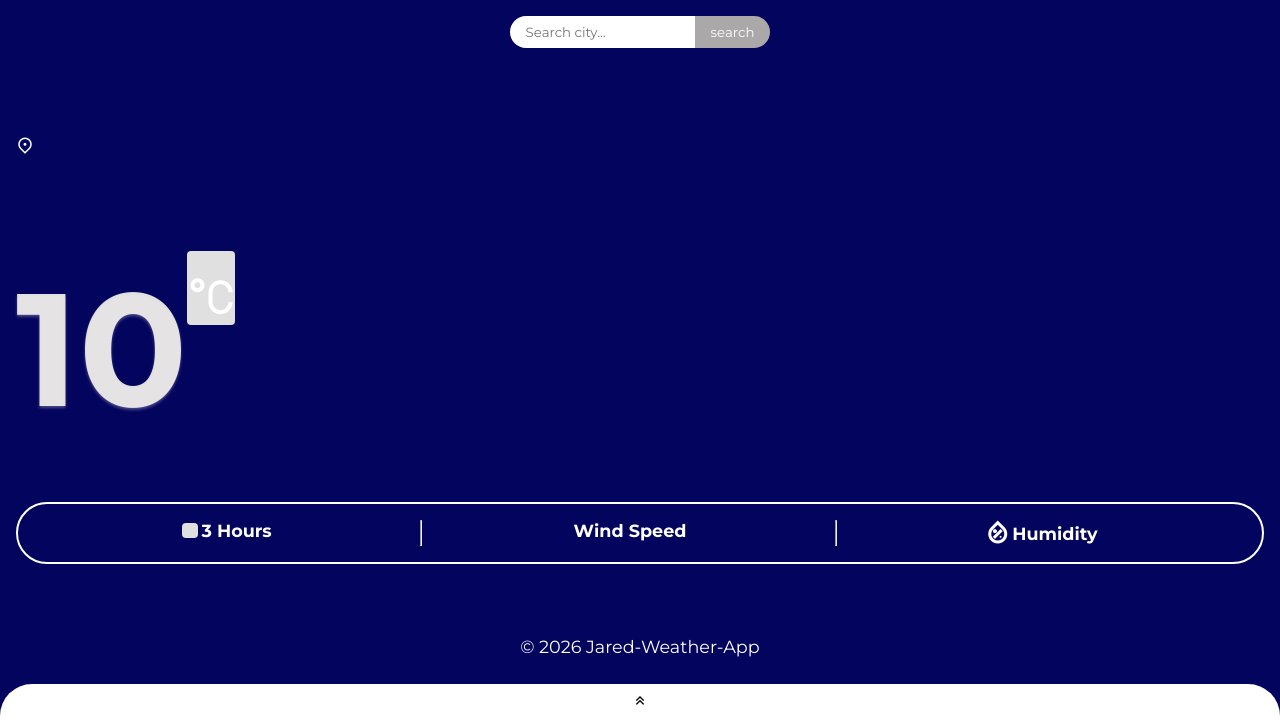
Repository: EguJaredoBoyd/Jared-Weather-App
Page: main.html
These files come from the project's save history. The page is drawn as it stood at one moment and after the next save; the edit follows.
The browser window is 1280 px wide. The pictures show the whole page.
Some icons come from a web library that is not loaded, so they are not drawn. Some web libraries are served in a nearby version.

Above is the page before, as saved 2026-02-12 05:17:22.

### main.html
<!doctype html>
<html lang="en">
  <head>
    <meta charset="UTF-8" />
    <meta name="viewport" content="width=device-width, initial-scale=1.0" />
    <link rel="preconnect" href="https://fonts.googleapis.com" />
    <link rel="preconnect" href="https://fonts.gstatic.com" crossorigin />
    <link
      href="https://fonts.googleapis.com/css2?family=Montserrat:ital,wght@0,100..900;1,100..900&display=swap"
      rel="stylesheet"
    />
    <link
      href="https://cdn.jsdelivr.net/npm/remixicon@4.8.0/fonts/remixicon.css"
      rel="stylesheet"
    />
    <link rel="stylesheet" href="./css/styles.css" />
    <link rel="stylesheet" href="./css/skeleton-loading.css" />
    <script src="./js/main.js" defer></script>
    <script src="./js/weather.js" defer></script>
    <title>Jared-Weather-App</title>
  </head>
  <body class="weather-app">
    <div class="weather-app__container">
      <header>
        <div class="search-place">
          <input
            type="text"
            placeholder="Search city..."
            aria-label="Search city"
            id="search-input"
          />
          <button id="search-button">search</button>
        </div>
      </header>
      <main>
        <section class="current-weather">
          <div class="place-searched">
            <i class="ri-map-pin-2-line"></i>
            <div class="place-name">
              <h3 class="city-name skeleton skeleton-text"></h3>
              <h3 id="country-name" class="skeleton skeleton-text"></h3>
            </div>
          </div>
          <div class="date-today">
            <time
              datetime="2026-01-20"
              id="date-time"
              class="skeleton skeleton-text"
            ></time>
            <time
              datetime="10:45"
              id="current-time"
              class="skeleton skeleton-text"
            ></time>
          </div>
          <div class="place-temperature">
            <span
              class="place-temperature__measure skeleton skeleton-text"
              id="temp-measure"
              >10</span
            >
            <span class="place-temperature__degree skeleton" id="place-degree"
              ><i class="ri-celsius-line"></i
            ></span>
          </div>
          <div class="place-forecast">
            <article class="forecast-item forecast-item--weather">
              <div>
                <img
                  src=""
                  alt=""
                  id="weather-icon"
                  class="skeleton skeleton-text"
                />
                <span>3 Hours</span>
              </div>
              <span
                id="weather-description"
                class="skeleton skeleton-text"
              ></span>
            </article>
            <hr />

            <article class="forecast-item forecast-item--wind">
              <div>
                <span><i class="ri-arrow-right-up-long-line"></i></span>
                <span>Wind Speed</span>
              </div>
              <span id="wind-speed" class="skeleton skeleton-text"></span>
            </article>
            <hr />

            <article class="forecast-item forecast-item--uv">
              <div>
                <span><i class="ri-water-percent-line"></i></span>
                <span>Humidity</span>
              </div>
              <span id="humidity" class="skeleton skeleton-text"></span>
            </article>
          </div>
        </section>
        <section class="swipe-section" aria-hidden="true" id="swipe-section">
          <!-- Slide for the hourly and daily forecast -->
          <button class="sheet-handle" id="sheet-handle" aria-expanded="false">
            <i class="ri-arrow-up-double-line" id="icon-handle"></i>
          </button>

          <div class="swipe-forecast">
            <!-- Pressure Forecast -->
            <article class="sheet-card pressure-forecast">
              <div class="weather-header">
                <span>Pressure</span>
                <span><i class="ri-sun-cloudy-line"></i></span>
              </div>
              <span id="weather-pressure" class="sheet-card__content">-</span>
            </article>

            <!-- Visibility and fog Forecast -->
            <article class="sheet-card visibility-forecast">
              <div class="weather-header">
                <span>Visibility</span>
                <span><i class="ri-foggy-fill"></i></span>
              </div>
              <span id="weather-visibility" class="sheet-card__content">-</span>
            </article>

            <!-- Maximum Temperature -->
            <article class="sheet-card maximum-temperature">
              <div class="weather-header">
                <span>Temperature Max</span>
                <span><i class="ri-sun-line"></i></span>
              </div>
              <div class="sheet-card__content">
                <span id="weather-temp-max">-</span>
                <span><i class="ri-celsius-line"></i></span>
              </div>
            </article>

            <!-- Minimum Temperature-->
            <article class="sheet-card minimum-temperature">
              <div class="weather-header">
                <span>Temperature Min</span>
                <span><i class="ri-cloudy-line"></i></span>
              </div>
              <div class="sheet-card__content">
                <span id="weather-temp-min">-</span>
                <span><i class="ri-celsius-line"></i></span>
              </div>
            </article>
          </div>
        </section>
      </main>
      <footer>
        <div><p>&copy; 2026 Jared-Weather-App</p></div>
      </footer>
    </div>
  </body>
</html>

### css/styles.css
/* ==== CSS RESET ==== */
*,
*::before,
*::after {
  margin: 0;
  padding: 0;
  box-sizing: border-box;
  /* outline: 1px solid red; */
}

:root {
  --background-color: #03045e;
  --text-color: white;
  --font: "Montserrat", sans-serif;
}

html {
  font-size: 16px;
  height: 100%;
}

body {
  background-color: var(--background-color);
  color: var(--text-color);
  height: 100%;
  font-family: var(--font);
}

p {
  font-size: clamp(0.5rem, 2.5vw, 1.1rem);
}

.weather-app__container {
  display: flex;
  flex-direction: column;
  min-height: 100dvh;
}

.search-place {
  display: flex;
  justify-content: center;
  padding: 1rem;
}

.search-place input {
  padding: 0.5rem 1rem;
  border: none;
  border-bottom-left-radius: 1rem;
  border-top-left-radius: 1rem;
  font-family: var(--font);
  outline: none;
}

.search-place button {
  border: none;
  border-top-right-radius: 1rem;
  border-bottom-right-radius: 1rem;
  padding: 0.5rem 1rem;
  font-family: var(--font);
  margin-left: -1rem;
  background: rgb(170, 168, 168);
  color: var(--text-color);
}

main {
  display: flex;
  flex-direction: column;
  padding: 1rem;
}

.current-weather {
  display: flex;
  flex-direction: column;
  justify-content: space-evenly;
  min-height: 75dvh;
}

.place-searched {
  display: flex;
  align-items: center;
  column-gap: 0.2rem;
  font-size: large;
}

.place-name {
  display: flex;
  align-items: center;
  column-gap: 0.2rem;
}

.city-name,
#country-name {
  font-size: clamp(0.5rem, 6vw, 1.5rem);
}

.date-today {
  font-size: clamp(0.5rem, 3vw, 0.8rem);
}

.place-temperature {
  display: flex;
  align-items: center;
  position: relative;
  margin-top: -1rem;
}

.place-temperature__measure {
  font-size: clamp(5rem, 38vw, 10rem);
  font-weight: 700;
  background: linear-gradient(to bottom, white, var(--background-color));
  -webkit-background-clip: text;
  background-clip: text;
  -webkit-text-fill-color: transparent;
  text-shadow: 0 2px 3px rgba(243, 235, 235, 0.3);
}

.place-temperature__degree {
  font-size: clamp(1.5rem, 20vw, 3rem);
  align-self: flex-start;
  padding-top: 1rem;
  font-size: clamp(1rem, 10vw, 3rem);
}

.place-forecast {
  display: flex;
  justify-content: space-evenly;
  border: 2px solid white;
  border-radius: 2rem;
  padding: 1rem;
}

.forecast-item div {
  display: flex;
  align-items: center;
  justify-self: start;
  column-gap: 0.2rem;
  font-size: clamp(0.5rem, 2vw, 1.1rem);
  font-weight: 700;
}

.forecast-item span {
  font-size: clamp(0.5rem, 2.5vw, 1.1rem);
}

.forecast-item div span i {
  font-size: clamp(0.25rem, 2.5vw, 1.5rem);
}

.forecast-item--weather div img {
  width: clamp(0.5rem, 2vw, 1rem);
  height: clamp(0.5rem, 2vh, 1rem);
}

/* Swipe section styles */

.swipe-section {
  position: fixed;
  min-height: 100dvh;
  top: 95%;
  right: 0;
  left: 0;
  transition: transform 2s ease;
  background-color: var(--text-color);
  color: var(--background-color);
  border-radius: 2rem;
}

.swipe-section.is-open {
  transform: translateY(-30%);
}

.no-scroll {
  overflow: hidden;
}

.swipe-section button {
  margin: 0.5rem auto;
  display: flex;
  justify-self: center;
  background: none;
  border: none;
}

.swipe-section button i {
  font-size: 1rem;
}

.swipe-forecast {
  display: grid;
  grid-template-columns: repeat(2, 1fr);
  justify-items: center;
}

.sheet-card {
  font-size: clamp(0.5rem, 2.5vw, 1.1rem);
  padding: 1rem;
  display: flex;
  flex-direction: column;
}

.sheet-card__content {
  align-self: center;
}

.weather-header {
  font-weight: 700;
  margin-bottom: 1rem;
}

footer div p {
  text-align: center;
}

### css/skeleton-loading.css
/* SKELETON LOADING STYLES */
.skeleton {
  background-image: linear-gradient(
    90deg,
    #e0e0e0 25%,
    #f5f5f5 37%,
    #e0e0e0 63%
  );
  border-radius: 4px;
  background-size: 200% 100%;
  animation: shimmer 1.4s ease infinite;
}

.skeleton-text {
}

@keyframes shimmer {
  0% {
    background-position: 100% 0;
  }
  100% {
    background-position: -100% 0;
  }
}

### js/main.js
//Target all the buttons necessary
const swipeSection = document.getElementById("swipe-section");
const sheetHandle = document.getElementById("sheet-handle");
const iconHandle = document.getElementById("icon-handle");

//Create a function to handle swipe
function handleSwipe() {
  sheetHandle.addEventListener("click", () => {
    const isOpen = swipeSection.classList.toggle("is-open");

    //Add accessibilty and optimization
    swipeSection.setAttribute("aria-hidden", !isOpen);
    sheetHandle.setAttribute("aria-expanded", isOpen);

    //Statement to switch icons
    iconHandle.className = isOpen
      ? "ri-arrow-down-double-line"
      : "ri-arrow-up-double-line";

    //Add a class to handle the scroll
    document.body.classList.toggle("no-scroll");
  });
}

handleSwipe();

### js/weather.js
//My API key 56d08a907c0260865bb8f620502bfcbf
const WEATHER_API_KEY = "56d08a907c0260865bb8f620502bfcbf";

//Target my button and search input for city
const searchInput = document.getElementById("search-input");
const searchButton = document.getElementById("search-button");

//Target The innerHTMLs for manipulation of time elements
const cityName = document.querySelector(".city-name");
const countryName = document.getElementById("country-name");
const dateTime = document.getElementById("date-time");
const currentTime = document.getElementById("current-time");

//Target the innerHTMLs for manipulation of weather elements
const tempMeasure = document.getElementById("temp-measure");
const weatherIcon = document.getElementById("weather-icon");
const weatherDescription = document.getElementById("weather-description");
const windSpeed = document.getElementById("wind-speed");
const humidity = document.getElementById("humidity");
const weatherPressure = document.getElementById("weather-pressure");
const weatherVisibility = document.getElementById("weather-visibility");
const weatherTempMax = document.getElementById("weather-temp-max");
const weatherTempMin = document.getElementById("weather-temp-min");

//Target icons to switch class
const placeDegree = document.getElementById("place-degree");

//Create function to ask for weather app
async function fetchWeather(city) {
  try {
    const apiResponse = await fetch(
      `https://api.openweathermap.org/data/2.5/forecast?q=${city}&units=metric&appid=${WEATHER_API_KEY}`,
    );

    const apiData = await apiResponse.json();
    console.log(apiData);

    //Get the API weather city endpoints
    const countryCity = apiData.city;
    const cityDate = apiData.list[0];

    //Display the country in UI
    cityName.classList.remove("skeleton", "skeleton-text");
    cityName.textContent = `${city},`;
    countryName.classList.remove("skeleton", "skeleton-text");
    countryName.textContent = `${countryCity.country}`;

    //Get the API weather date endpoints
    const currentDateTime = cityDate.dt * 1000;
    const date = new Date(currentDateTime);
    const dateToday = date.toLocaleDateString("en-GB", {
      weekday: "short",
      month: "short",
      day: "numeric",
    });

    //Get time from new date
    function newDateTime() {
      const utcTime = Date.now();
      const timeZone = apiData.city.timezone;
      const cityTime = utcTime + timeZone * 1000;
      const cityDateTime = new Date(cityTime);

      const hours = cityDateTime.getUTCHours();
      const minutes = cityDateTime.getUTCMinutes();
      const seconds = cityDateTime.getUTCSeconds();

      //Display the date in the UI
      dateTime.classList.remove("skeleton", "skeleton-text");
      dateTime.textContent = `Today, ${dateToday},`;
      currentTime.classList.remove("skeleton", "skeleton-text");
      currentTime.textContent = `${hours}:${minutes.toString().padStart(2, "0")}:${seconds.toString().padStart(2, "0")}`;
    }

    newDateTime();

    //Function to get weather details
    function getWeatherForecast() {
      const temperature = Math.round(apiData.list[0].main.temp);
      tempMeasure.classList.remove("skeleton", "skeleton-text");
      placeDegree.classList.remove("skeleton", "skeleton-text");
      tempMeasure.textContent = `${temperature}`;

      const description = apiData.list[0].weather[0].description;
      weatherDescription.classList.remove("skeleton", "skeleton-text");
      weatherDescription.textContent = `${description}`;

      const getIcon = apiData.list[0].weather[0].icon;
      weatherIcon.classList.remove("skeleton", "skeleton-text");
      weatherIcon.src = `https://openweathermap.org/img/wn/${getIcon}@2x.png`;
      weatherIcon.alt = `${description}`;

      const getWindSpeed = apiData.list[0].wind.speed;
      const getWindSpeedKMH = Math.round(getWindSpeed * 3.6);
      windSpeed.classList.remove("skeleton", "skeleton-text");
      windSpeed.textContent = `${getWindSpeedKMH} km/h`;

      const getHumidity = apiData.list[0].main.humidity;
      humidity.classList.remove("skeleton", "skeleton-text");
      humidity.textContent = `${getHumidity} %`;

      //Swipe Section
      const pressure = apiData.list[0].main.pressure;
      weatherPressure.textContent = `${pressure} hPa`;

      const visibility = apiData.list[0].visibility / 1000;
      weatherVisibility.textContent = `${visibility} km`;

      const tempMax = Math.round(apiData.list[0].main.temp_max);
      weatherTempMax.textContent = `${tempMax}`;

      const tempMin = Math.round(apiData.list[0].main.temp_min);
      weatherTempMin.textContent = `${tempMin}`;
    }

    getWeatherForecast();

    //Update date every minute
    setInterval(() => {
      newDateTime();
    }, 1000);
  } catch (error) {
    console.error(`Fail to fetch: ${error.message}`);
    console.error(error);
  }
}

//Search for city
searchButton.addEventListener("click", () => {
  const city = searchInput.value.trim();
  if (!city) return;

  fetchWeather(city);
});

After the next save:
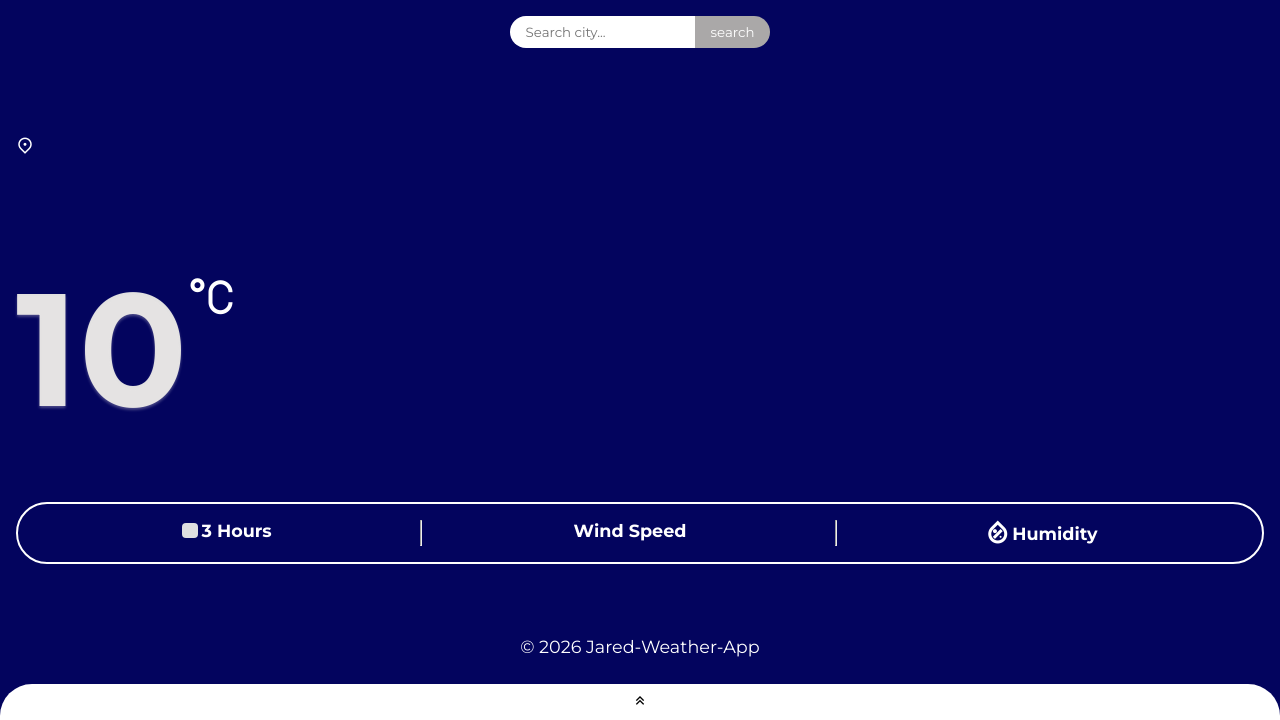
Saved 19 s later.
--- a/main.html
+++ b/main.html
@@ -59,7 +59,7 @@
               id="temp-measure"
               >10</span
             >
-            <span class="place-temperature__degree skeleton" id="place-degree"
+            <span class="place-temperature__degree" id="place-degree"
               ><i class="ri-celsius-line"></i
             ></span>
           </div>
